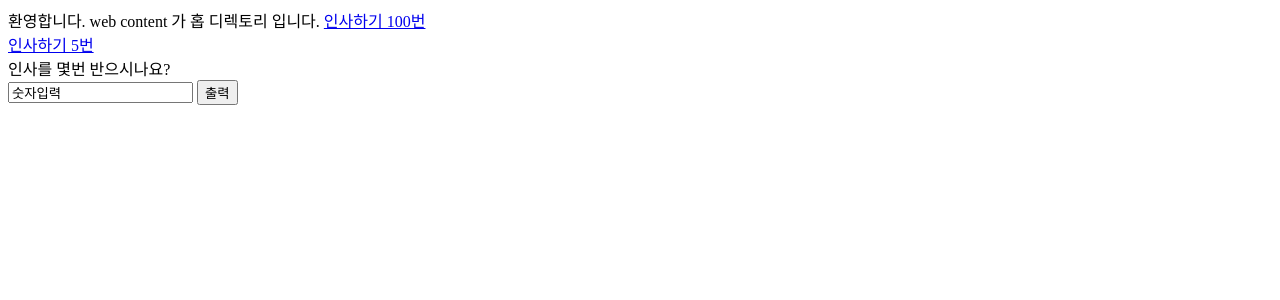
Repository: SongYG77/JSP-Servlet-practice
Page: JSPPrj/WebContent/index.html
These files come from the project's save history. The page is drawn as it stood at one moment and after the next save; the edit follows.
The browser window is 1280 px wide. The pictures show the whole page.

Above is the page before, as saved 2021-01-19 06:03:00.

After the next save:
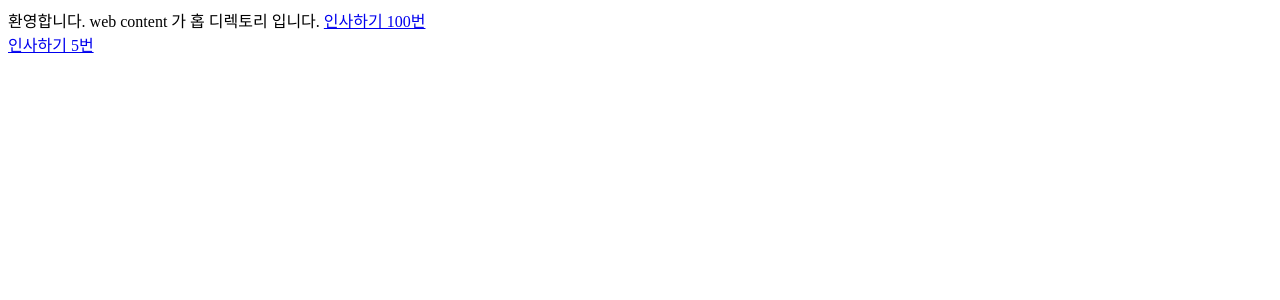
Saved 1 s later.
--- a/JSPPrj/WebContent/index.html
+++ b/JSPPrj/WebContent/index.html
@@ -8,16 +8,6 @@
 	환영합니다. web content 가 홉 디렉토리 입니다.
 	<a href = "hi">인사하기 100번</a><br>
 	<a href = "hi?cnt=5">인사하기 5번</a><br>
-	<div>
-		<form action = "hi">
-			<div>
-				<label>인사를 몇번 반으시나요?</label>
-			</div>
-			<div>
-				<input type="text" name="cnt" value = "숫자입력">
-				<input type="submit" value = "출력">
-			</div>
-		</form>
-	</div>
+
 </body>
 </html>
